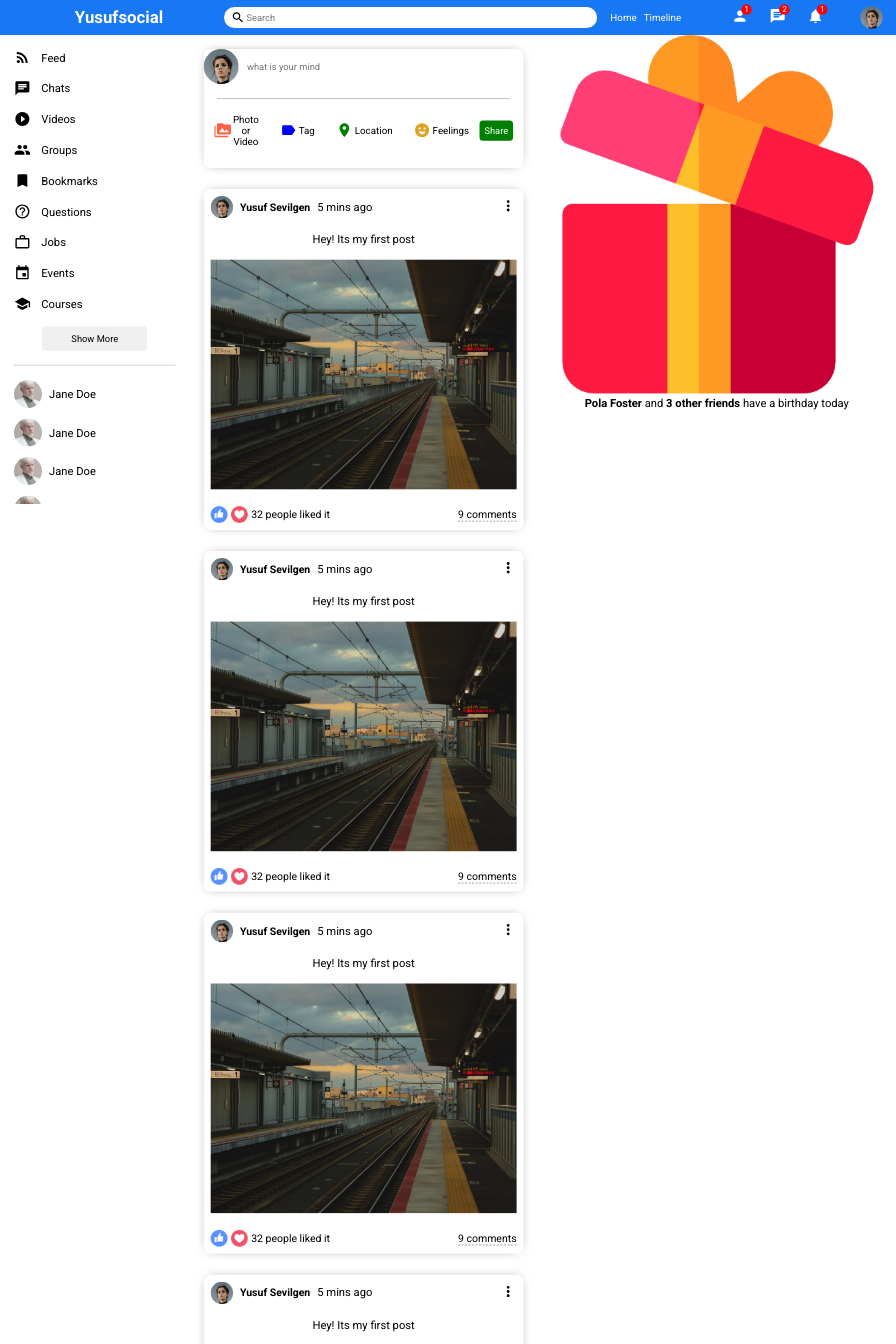
Repository: sevilgenysf/socialmediaapp
Page: /
The author's editor kept a copy of each file at every save. The page is drawn from the files as they stood at one save, then again after the next save.
The browser window is 1280 px wide. The pictures show the part of the page from y = 0 to 1920 px (the page is 2875 px tall), at 70% of full size.
The project was rebuilt for these pictures with package versions that can differ from the ones it lists, and the page was loaded fresh each time.

Above is the page before, as saved 2022-02-17 10:55:57.

After the next save:
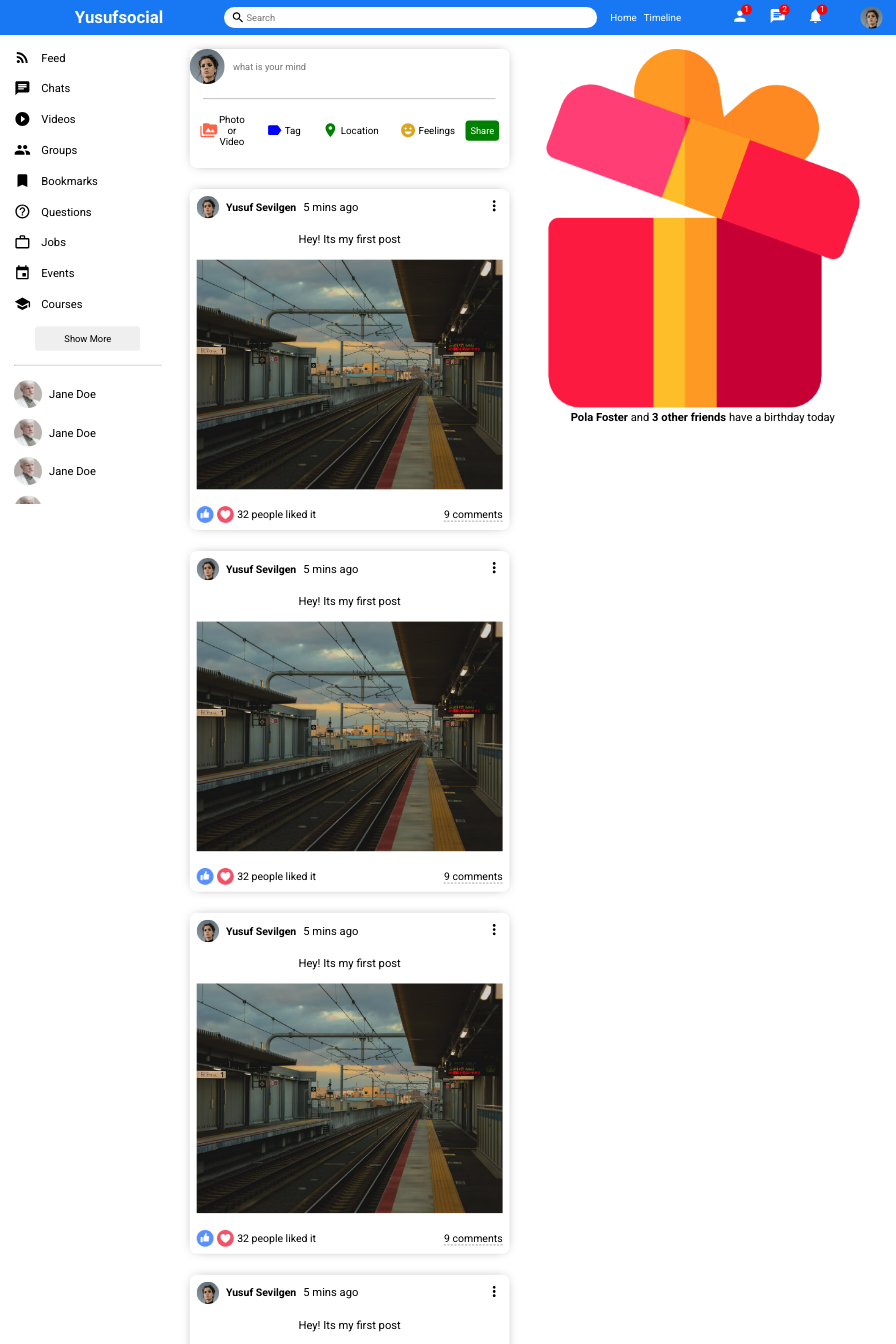
Saved 58 s later.
--- a/src/components/rightbar/rightbar.css
+++ b/src/components/rightbar/rightbar.css
@@ -1,3 +1,7 @@
 .rightbar {
 	flex: 3.5;
 }
+
+.rightbarWrapper {
+	padding: 20px 20px 0 0;
+}
